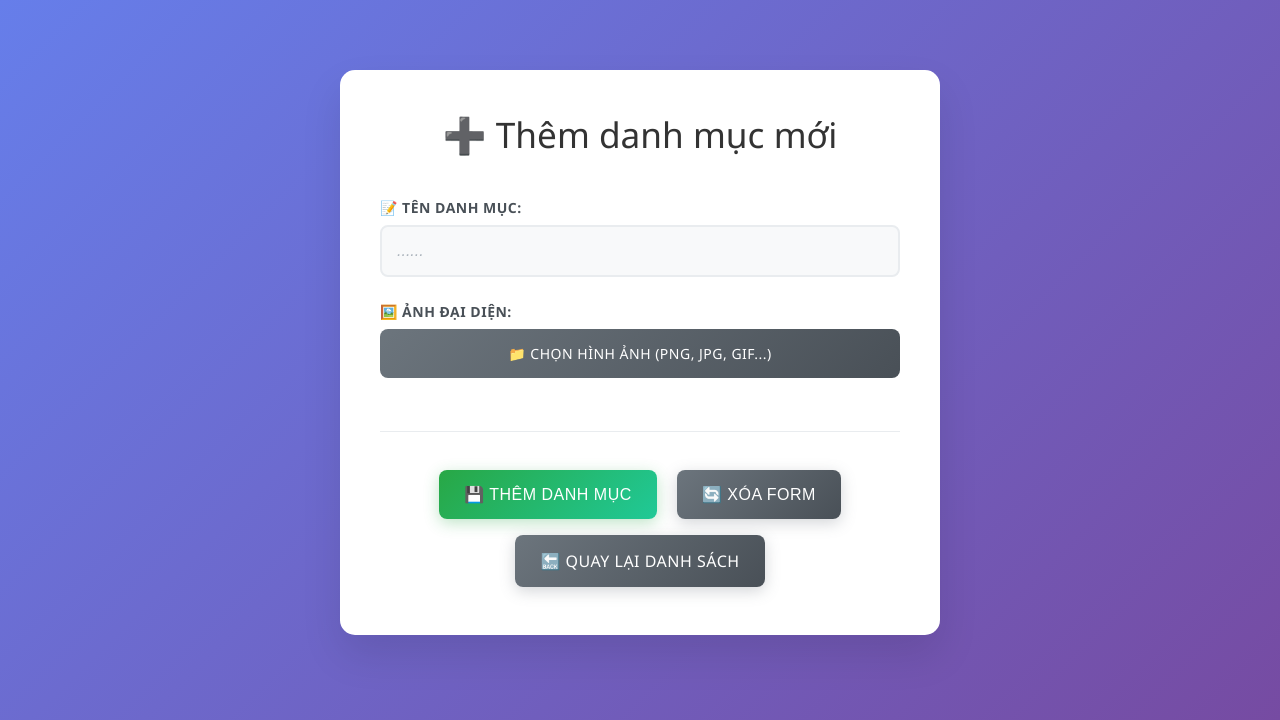
Repository: Ticasslo/23110327_HuynhNgocThang_LTWeb_BT
Page: http://localhost/23110327/views/admin/add-category.jsp
These files come from the project's save history. The page is drawn as it stood at one moment and after the next save; the edit follows.
The browser window is 1280 px wide. The pictures show the whole page.
The page is served by Tomcat 10. Other server files are loaded and not shown.

Above is the page before, as saved 2025-08-29 16:31:19.

### 23110327/src/main/webapp/views/admin/add-category.jsp
<%@ page language="java" contentType="text/html; charset=UTF-8"
	pageEncoding="UTF-8"%>
<%@ taglib prefix="c" uri="jakarta.tags.core"%>
<!DOCTYPE html>
<html>
<head>
<meta charset="UTF-8">
<title>Thêm danh mục</title>
<style>
* {
	margin: 0;
	padding: 0;
	box-sizing: border-box;
}

body {
	font-family: 'Segoe UI', Tahoma, Geneva, Verdana, sans-serif;
	background: linear-gradient(135deg, #667eea 0%, #764ba2 100%);
	min-height: 100vh;
	padding: 20px;
}

.container {
	max-width: 600px;
	margin: 50px auto;
	background: white;
	padding: 40px;
	border-radius: 15px;
	box-shadow: 0 20px 40px rgba(0, 0, 0, 0.1);
	backdrop-filter: blur(10px);
}

h1 {
	color: #333;
	text-align: center;
	margin-bottom: 40px;
	font-size: 2.2em;
	font-weight: 300;
}

.form-group {
	margin-bottom: 25px;
}

label {
	display: block;
	margin-bottom: 8px;
	font-weight: 600;
	color: #495057;
	font-size: 14px;
	text-transform: uppercase;
	letter-spacing: 0.5px;
}

input[type="text"], input[type="file"] {
	width: 100%;
	padding: 15px;
	border: 2px solid #e9ecef;
	border-radius: 8px;
	font-size: 16px;
	transition: all 0.3s ease;
	background-color: #f8f9fa;
}

input[type="text"]:focus, input[type="file"]:focus {
	border-color: #007bff;
	outline: none;
	box-shadow: 0 0 0 3px rgba(0, 123, 255, 0.1);
	background-color: white;
}

input[type="text"]::placeholder {
	color: #adb5bd;
	font-style: italic;
}

.file-input-wrapper {
	position: relative;
	overflow: hidden;
	display: inline-block;
	width: 100%;
}

.file-input-label {
	display: block;
	padding: 15px;
	background: linear-gradient(135deg, #6c757d 0%, #495057 100%);
	color: white;
	text-align: center;
	border-radius: 8px;
	cursor: pointer;
	transition: all 0.3s ease;
	font-weight: 500;
}

.file-input-label:hover {
	background: linear-gradient(135deg, #495057 0%, #343a40 100%);
	transform: translateY(-1px);
}

input[type="file"] {
	position: absolute;
	left: -9999px;
}

.btn {
	padding: 15px 25px;
	margin: 8px;
	border: none;
	cursor: pointer;
	border-radius: 8px;
	font-size: 16px;
	font-weight: 500;
	text-decoration: none;
	display: inline-block;
	transition: all 0.3s ease;
	text-transform: uppercase;
	letter-spacing: 0.5px;
}

.btn-primary {
	background: linear-gradient(135deg, #28a745 0%, #20c997 100%);
	color: white;
	box-shadow: 0 4px 15px rgba(40, 167, 69, 0.3);
}

.btn-primary:hover {
	background: linear-gradient(135deg, #1e7e34 0%, #17a2b8 100%);
	transform: translateY(-2px);
	box-shadow: 0 8px 25px rgba(40, 167, 69, 0.4);
}

.btn-secondary {
	background: linear-gradient(135deg, #6c757d 0%, #495057 100%);
	color: white;
	box-shadow: 0 4px 15px rgba(108, 117, 125, 0.3);
}

.btn-secondary:hover {
	background: linear-gradient(135deg, #495057 0%, #343a40 100%);
	transform: translateY(-2px);
	box-shadow: 0 8px 25px rgba(108, 117, 125, 0.4);
}

.button-group {
	text-align: center;
	margin-top: 40px;
	padding-top: 30px;
	border-top: 1px solid #e9ecef;
}

.form-info {
	background: linear-gradient(135deg, #cce5ff 0%, #e6f3ff 100%);
	padding: 15px;
	border-radius: 8px;
	margin-bottom: 30px;
	border-left: 4px solid #007bff;
}

.form-info p {
	color: #495057;
	font-size: 14px;
	margin: 0;
}

@media ( max-width : 768px) {
	.container {
		margin: 20px auto;
		padding: 25px;
	}
	h1 {
		font-size: 1.8em;
	}
	.btn {
		display: block;
		width: 100%;
		margin: 10px 0;
	}
}
</style>
</head>
<body>
	<div class="container">
		<h1>➕ Thêm danh mục mới</h1>


		<form role="form" action="add" method="post"
			enctype="multipart/form-data">
			<div class="form-group">
				<label for="categoryName">📝 Tên danh mục:</label> <input
					type="text" id="categoryName" class="form-control"
					placeholder="......" name="name"
					required maxlength="100" />
			</div>

			<div class="form-group">
				<label for="categoryIcon">🖼️ Ảnh đại diện:</label>
				<div class="file-input-wrapper">
					<input type="file" id="categoryIcon" name="icon" accept="image/*"
						onchange="updateFileName(this)" /> <label for="categoryIcon"
						class="file-input-label" id="fileLabel"> 📁 Chọn hình ảnh
						(PNG, JPG, GIF...) </label>
				</div>
			</div>

			<div class="button-group">
				<button type="submit" class="btn btn-primary">💾 Thêm danh
					mục</button>
				<button type="reset" class="btn btn-secondary"
					onclick="resetFileLabel()">🔄 Xóa form</button>
				<a href="<c:url value='/admin/category/list'/>"
					class="btn btn-secondary">🔙 Quay lại danh sách</a>
			</div>
		</form>
	</div>

	<script>
		function updateFileName(input) {
			const label = document.getElementById('fileLabel');
			if (input.files && input.files[0]) {
				label.textContent = '📁 Đã chọn: ' + input.files[0].name;
				label.style.background = 'linear-gradient(135deg, #28a745 0%, #20c997 100%)';
			}
		}

		function resetFileLabel() {
			const label = document.getElementById('fileLabel');
			label.textContent = '📁 Chọn hình ảnh (PNG, JPG, GIF...)';
			label.style.background = 'linear-gradient(135deg, #6c757d 0%, #495057 100%)';
		}

		// Form validation
		document.querySelector('form').addEventListener('submit', function(e) {
			const nameInput = document.getElementById('categoryName');
			if (nameInput.value.trim().length < 2) {
				alert('⚠️ Tên danh mục phải có ít nhất 2 ký tự!');
				e.preventDefault();
				nameInput.focus();
			}
		});
	</script>
</body>
</html>

After the next save:
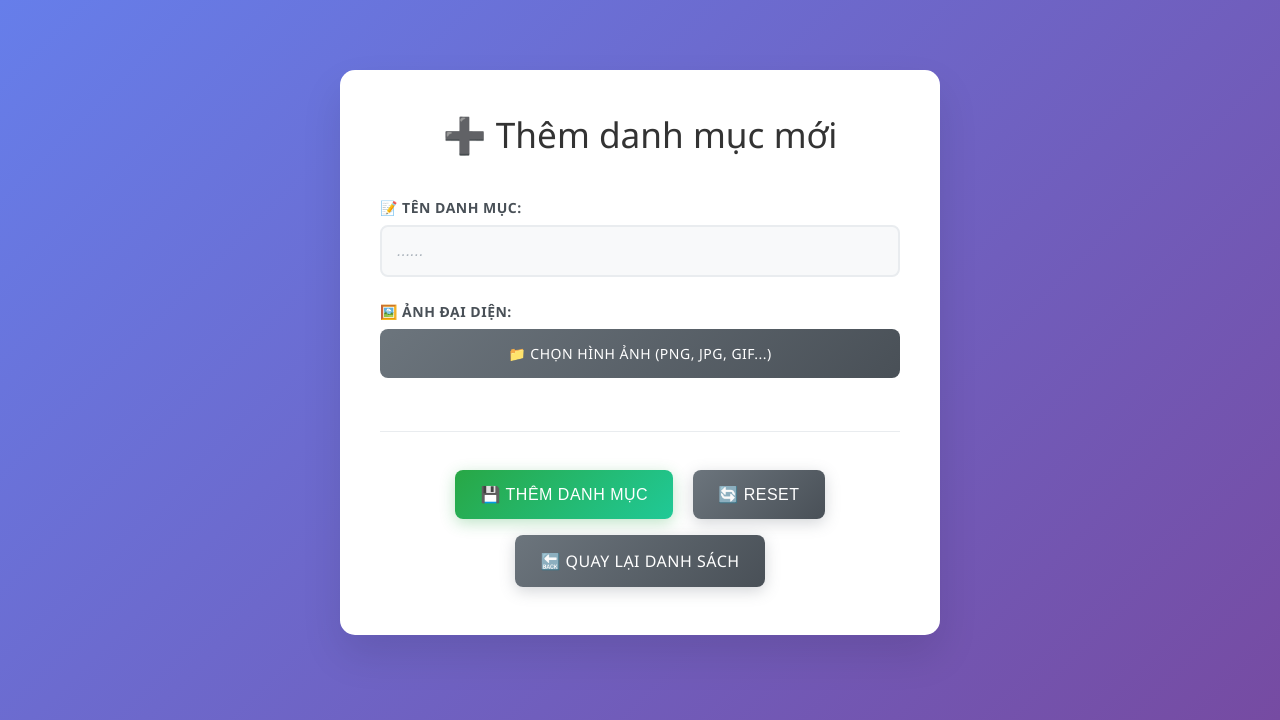
Saved 32 s later.
--- a/23110327/src/main/webapp/views/admin/add-category.jsp
+++ b/23110327/src/main/webapp/views/admin/add-category.jsp
@@ -207,7 +207,7 @@
 				<button type="submit" class="btn btn-primary">💾 Thêm danh
 					mục</button>
 				<button type="reset" class="btn btn-secondary"
-					onclick="resetFileLabel()">🔄 Xóa form</button>
+					onclick="resetFileLabel()">🔄 Reset</button>
 				<a href="<c:url value='/admin/category/list'/>"
 					class="btn btn-secondary">🔙 Quay lại danh sách</a>
 			</div>
